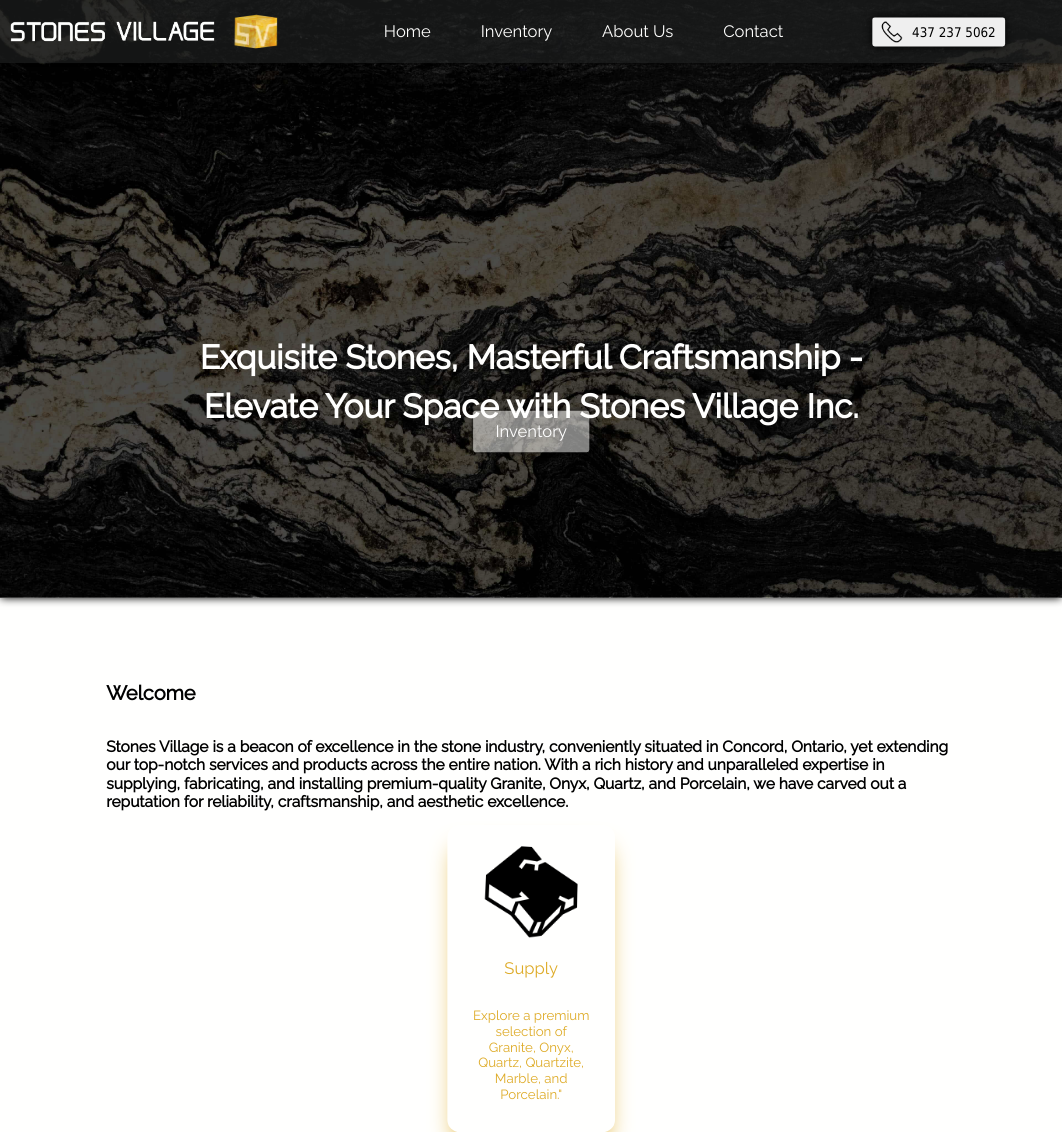
Repository: shayanabedi98/Stones-Village
Page: index.html
These files come from the project's save history. The page is drawn as it stood at one moment and after the next save; the edit follows.
The browser window is 1280 px wide. The pictures show the whole page, at 83% of full size.
Backgrounds fixed to the window are drawn as part of the page.

Above is the page before, as saved 2023-10-22 16:35:28.

After the next save:
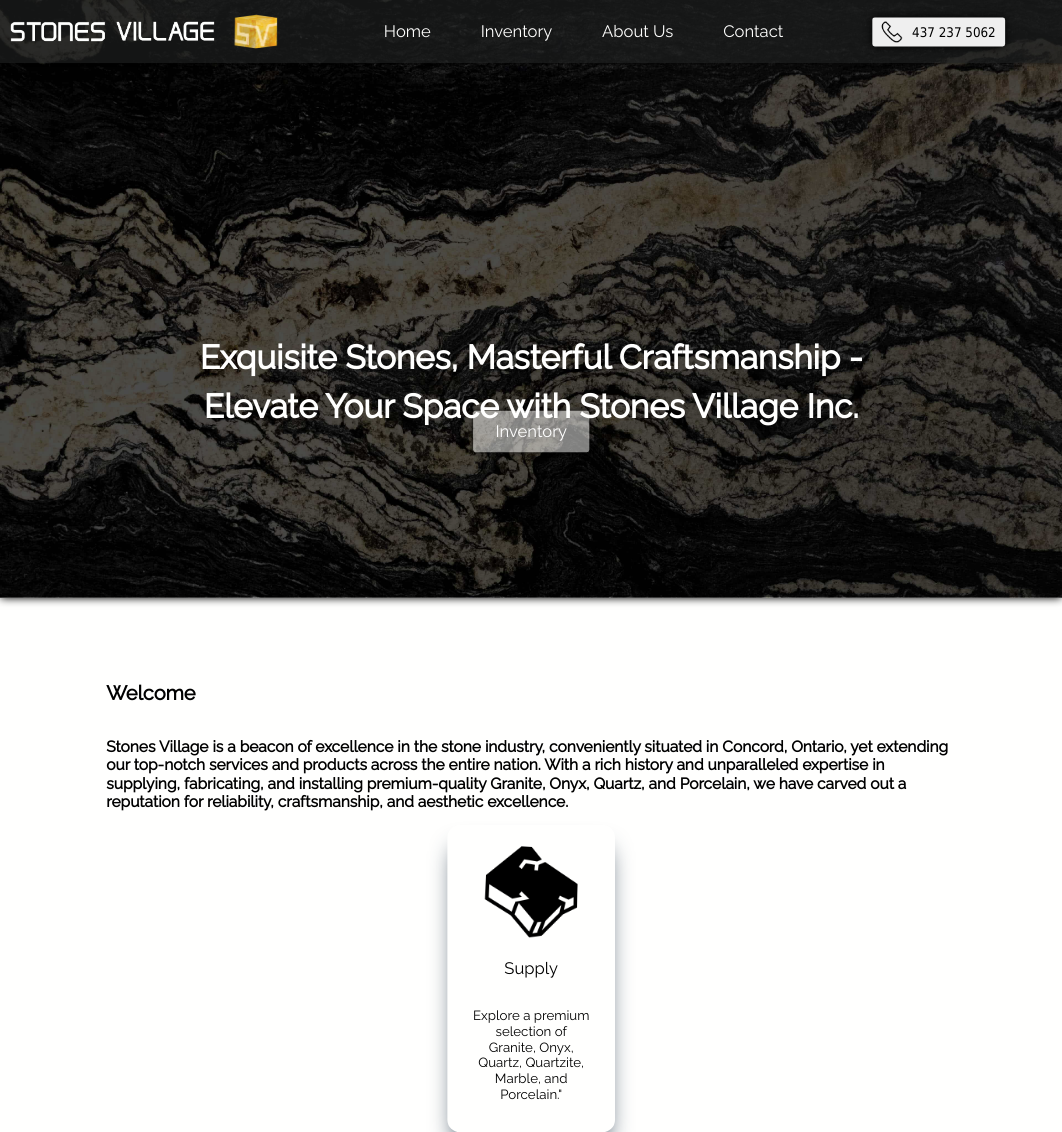
Saved 8 s later.
--- a/styles.css
+++ b/styles.css
@@ -172,7 +172,7 @@ body {
     display: grid;
     justify-items: center;
     border-radius: 15px;
-    box-shadow: #DEAB27 0px 20px 30px -10px;
+    box-shadow: rgb(38, 57, 77) 0px 20px 30px -10px;
     text-align: center;
     padding: 20px 5px;
 }
@@ -183,10 +183,8 @@ body {
 
 .card-name {
     font-size: 20px;
-    color: #DEAB27;
 }
 
 .card-description {
     width: 75%;
-    color: #DEAB27;
 }
